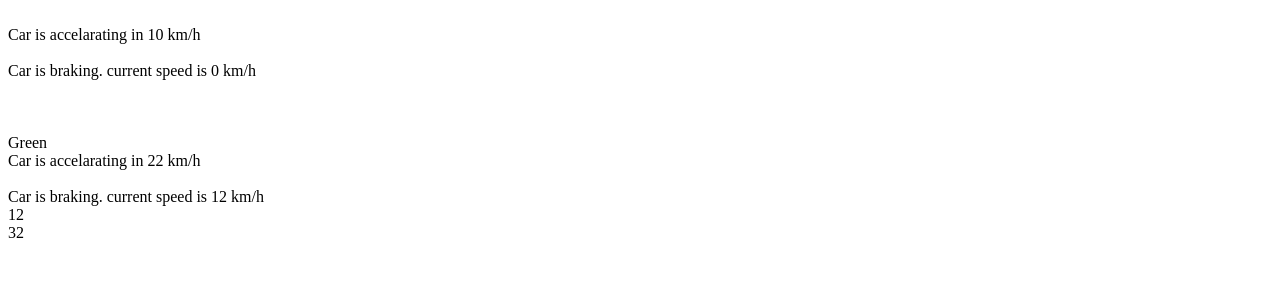
Repository: Aminullah-01/geek-php-laravel-backend-engineering
Page: http://localhost/weeks/week-04-databases-pdo/day1/oop.php
The author's editor kept a copy of each file at every save. The page is drawn from the files as they stood at one save, then again after the next save.
The browser window is 1280 px wide. The pictures show the whole page.
The page is run by PHP 8.4 with error messages shown; the project is at /var/www/html/.

Above is the page before, as saved 2026-02-23 14:43:36.

After the next save:
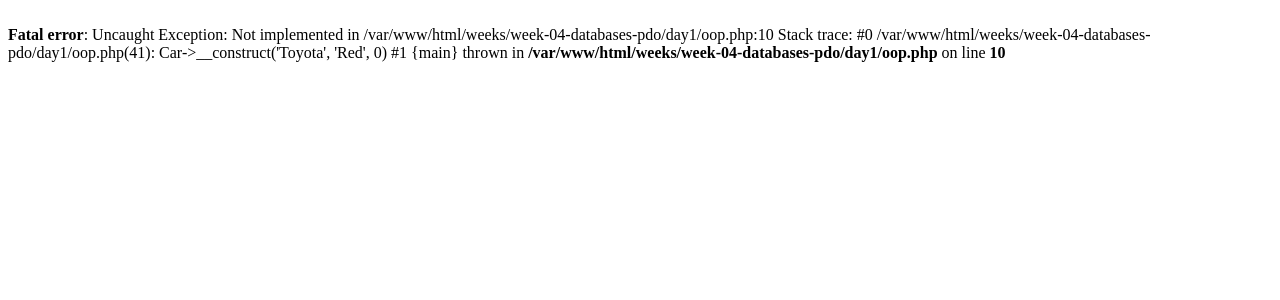
Saved 71 s later.
--- a/weeks/week-04-databases-pdo/day1/oop.php
+++ b/weeks/week-04-databases-pdo/day1/oop.php
@@ -4,6 +4,11 @@
     public $brand;
     public $color;
     public $speed;
+
+    public function __construct()
+    {
+        throw new \Exception('Not implemented');
+    }
 
     public function start()
     {

After the save that followed:
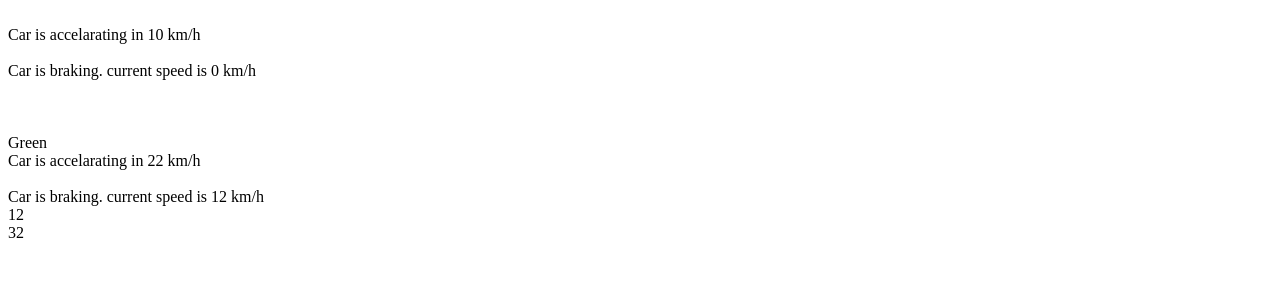
Saved 5 s later.
--- a/weeks/week-04-databases-pdo/day1/oop.php
+++ b/weeks/week-04-databases-pdo/day1/oop.php
@@ -7,7 +7,7 @@
 
     public function __construct()
     {
-        throw new \Exception('Not implemented');
+
     }
 
     public function start()
